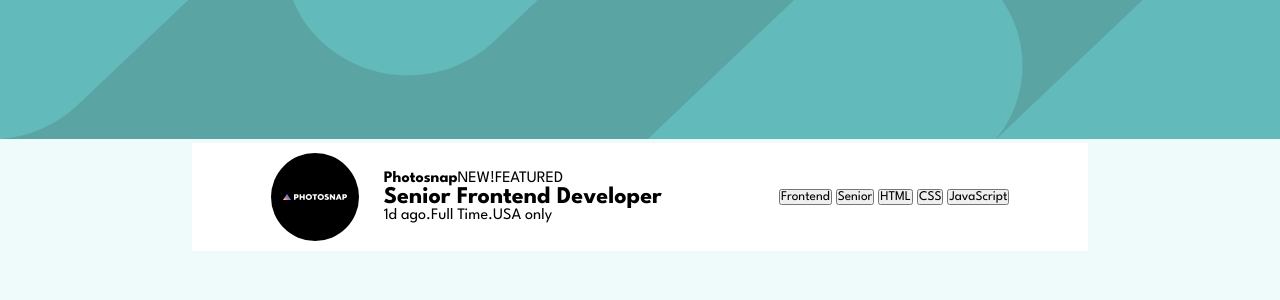
Repository: Eldream12/JobListing
Page: index.html
The author's editor kept a copy of each file at every save. The page is drawn from the files as they stood at one save, then again after the next save.
The browser window is 1280 px wide. The pictures show the whole page.

Above is the page before, as saved 2025-03-31 20:19:19.

### index.html
<!DOCTYPE html>
<html lang="en">
	<head>
		<meta charset="UTF-8" />
		<meta name="viewport" content="width=device-width, initial-scale=1.0" />
		<title>Job Listing</title>
		<link rel="stylesheet" href="style/style.css" />
	</head>

	<body>
		<header>
			<div>
				<img src="Images/bg-header-desktop.svg" alt="NavHeader" />
			</div>
		</header>

		<main>
			<div class="content-carrier">
				<div class="content">
					<div class="ctn">
						<img src="Images/photosnap.svg" alt="photosnap" />
						<div class="content-text">
							<div class="txt-1">
								<h4>Photosnap</h4>
								<p>NEW!</p>
								<p>FEATURED</p>
							</div>
							<div class="txt-2">
								<h2>Senior Frontend Developer</h2>
							</div>
							<div class="txt-3">
								<p>1d ago</p>
								<p>.</p>
								<p>Full Time</p>
								<p>.</p>
								<p>USA only</p>
							</div>
						</div>
					</div>

					<div class="btn">
						<button>Frontend</button>
						<button>Senior</button>
						<button>HTML</button>
						<button>CSS</button>
						<button>JavaScript</button>
					</div>
				</div>
			</div>
		</main>
		<footer></footer>
	</body>
</html>

### style/style.css
@import url("https://fonts.googleapis.com/css2?family=League+Spartan:wght@100..900&display=swap");

* {
	font-family: League Spartan;
	margin: 0;
	padding: 0;
	box-sizing: border-box;
}

html body {
	background-color: hsl(180, 52%, 96%);
}

header img {
	width: 100%;
	background-color: hsl(180, 29%, 50%);
}

.content-carrier .content {
	display: flex;
	background-color: #ffffff;
	align-items: center;
	justify-content: space-around;
	max-width: 70%;
	margin: auto;
  padding: 10px 20px 10px 20px;
}

.content-carrier .content .txt-1 {
	display: flex;
}

.content-carrier .content .txt-3 {
	display: flex;
}

.content-carrier .content .ctn {
	display: flex;
	align-items: center;
}

.content .ctn img {
  margin-right: 25px;
}

.content .btn button {
  background-color:  ebf4f3;
}

After the next save:
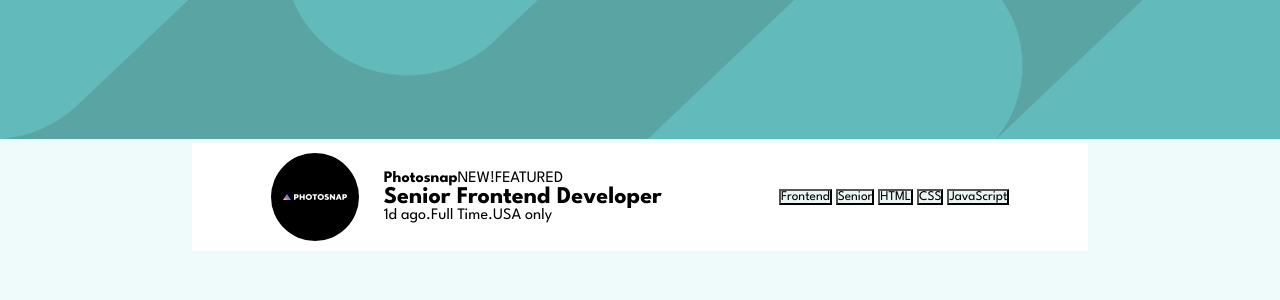
Saved 4 s later.
--- a/style/style.css
+++ b/style/style.css
@@ -44,5 +44,5 @@ header img {
 }
 
 .content .btn button {
-  background-color:  ebf4f3;
+  background-color:  #ebf4f3;
 }
